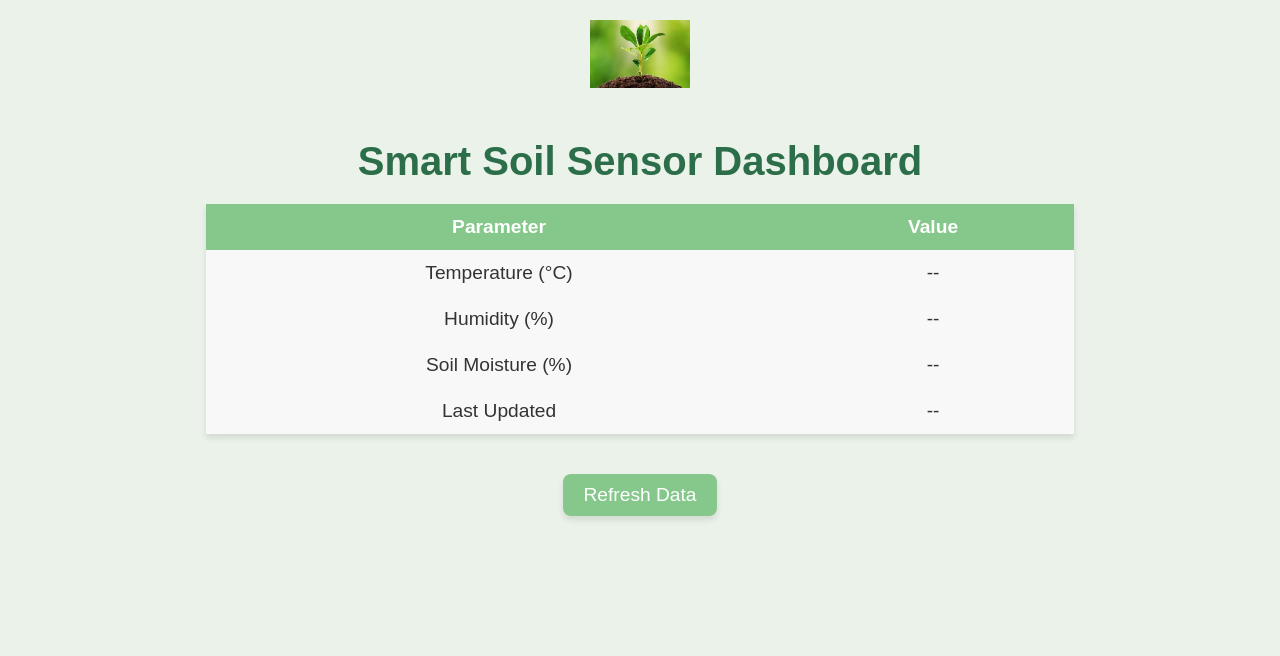
Repository: Terry816/Plantminder
Page: templates/dashboard.html
These files come from the project's save history. The page is drawn as it stood at one moment and after the next save; the edit follows.
The browser window is 1280 px wide. The pictures show the whole page.
The page's requests for data from a server got no answer.

Above is the page before, as saved 2024-12-13 02:31:03.

After the next save:
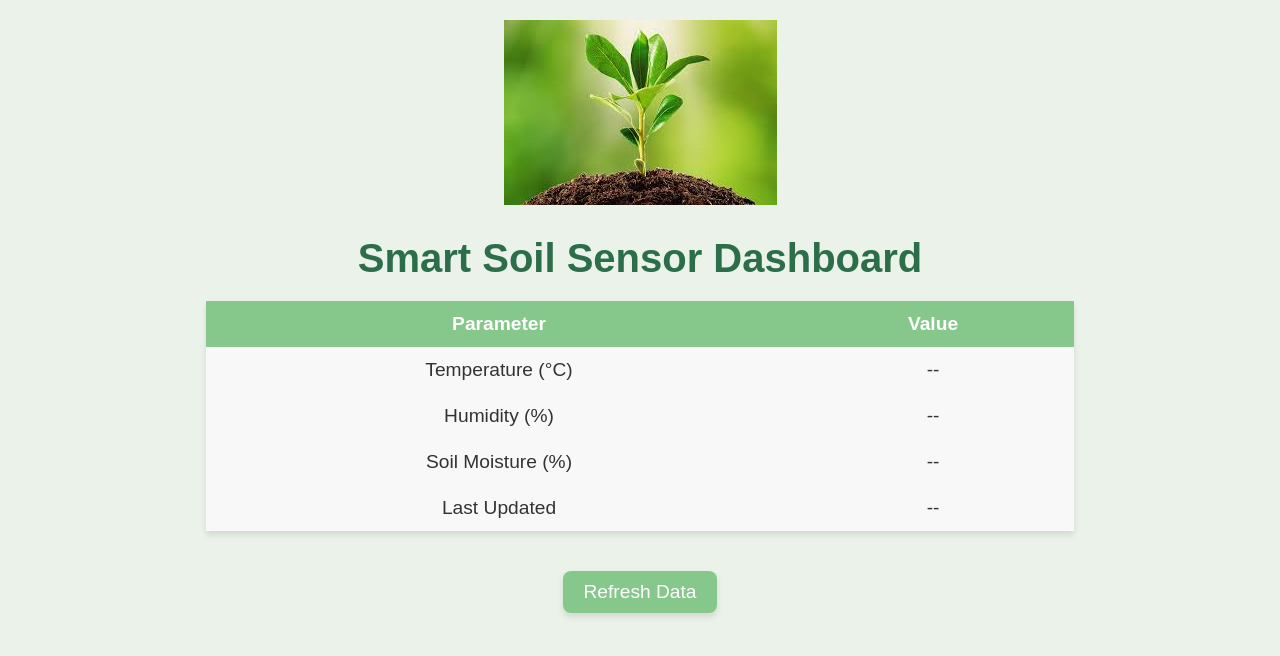
Saved 83 s later.
--- a/templates/dashboard.html
+++ b/templates/dashboard.html
@@ -92,7 +92,7 @@
 <body>
 
     <!-- Page Heading with Plant Icon -->
-    <img src="plant.jpg" class="plant-icon" alt="Plant Icon">
+    <img src="plant.jpg">
     <h1>Smart Soil Sensor Dashboard</h1>
 
     <!-- Table to Display Sensor Data -->

After the save that followed:
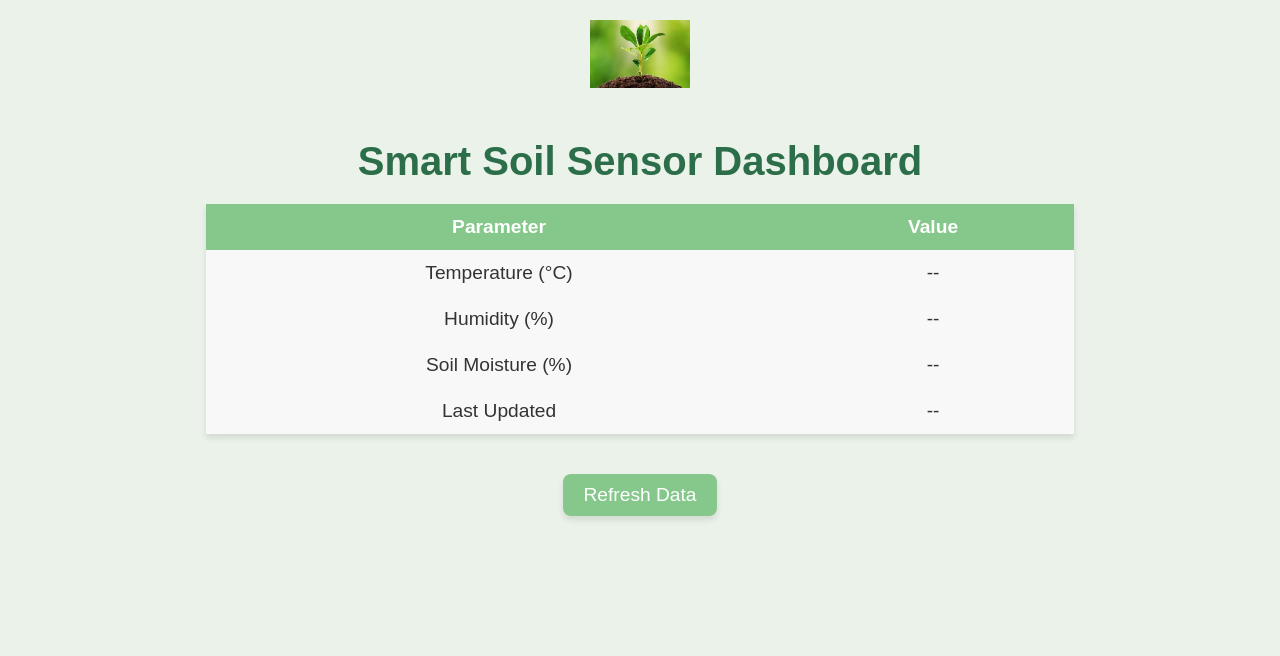
Saved 23 s later.
--- a/templates/dashboard.html
+++ b/templates/dashboard.html
@@ -92,7 +92,7 @@
 <body>
 
     <!-- Page Heading with Plant Icon -->
-    <img src="plant.jpg">
+    <img src="plant.jpg" class="plant-icon" alt="Plant Icon">
     <h1>Smart Soil Sensor Dashboard</h1>
 
     <!-- Table to Display Sensor Data -->
